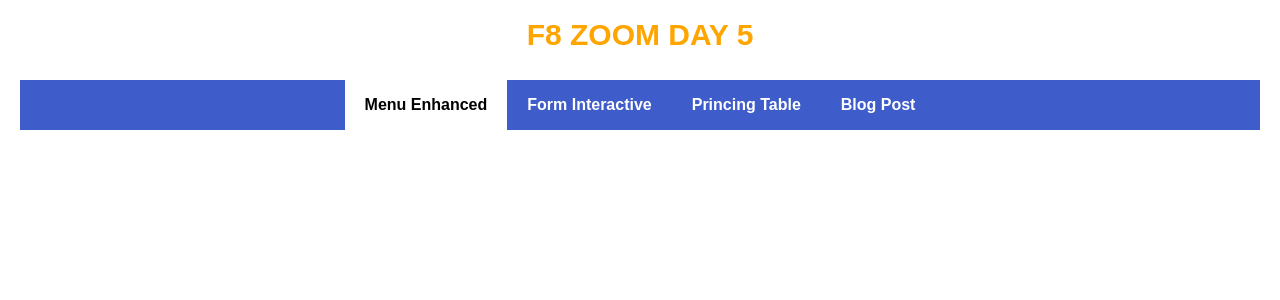
Repository: lannguyen1301/f8-zoom-day-5
Page: index.html
These files come from the project's save history. The page is drawn as it stood at one moment and after the next save; the edit follows.
The browser window is 1280 px wide. The pictures show the whole page.

Above is the page before, as saved 2025-04-21 19:15:32.

### index.html
<!DOCTYPE html>
<html lang="en">

<head>
    <meta charset="UTF-8">
    <meta name="viewport" content="width=device-width, initial-scale=1.0">
    <title>F8 ZOOM DAY 5</title>
    <link rel="stylesheet" href="./assets/css/reset.css">
    <link rel="stylesheet" href="./assets/css/style.css">
</head>

<body>
    <div class="inner">
        <h1 class="title-desc">F8 ZOOM DAY 5</h1>
        <nav class="navbar">
            <ul class="navbar__list">
                <li class="navbar__item active">
                    <a href="./menu-enhanced.html" class="navbar__link" target="_blank">Menu Enhanced</a>
                </li>
                <li class="navbar__item">
                    <a href="./form-interactive.html" class="navbar__link" target="_blank">Form Interactive</a>
                </li>
                <li class="navbar__item">
                    <a href="./pricing-table.html" class="navbar__link" target="_blank">Princing Table</a>
                </li>
                <li class="navbar__item">
                    <a href="./blog-post.html" class="navbar__link" target="_blank">Blog Post</a>
                </li>
            </ul>
        </nav>
    </div>
</body>

</html>

### assets/css/style.css
* {
    box-sizing: border-box;
}

html {
    font-size: 62.5%;
}

body {
    font-size: 1.6rem;
    font-family: "poppins", sans-serif;
}

/* common*/
a {
    text-decoration: none;
}

.inner {
    margin: 0 auto;
    padding: 20px;
}

.title-desc {
    font-size: 3rem;
    text-align: center;
    font-weight: 900;
    color: orange;
}

.navbar__list {
    display: flex;
    align-items: center;
    justify-content: center;
    margin-top: 30px;
    background-color: #3e5cca;
}

.navbar__item {
    height: 50px;
}

.navbar__link {
    display: inline-block;
    color: #fff;
    line-height: 50px;
    padding: 0 20px;
    font-weight: 700;
    font-size: 1.6rem;
}

.active,
.navbar__list .navbar__item:hover > .navbar__link {
    background-color: #fff;
    color: #000;
}

.active > a {
    color: #000;
}

.navbar__item .navbar__link:active {
    color: rgb(226, 19, 99) !important;
    background-color: orange !important;
}

.navbar__list:not(:last-child)::after {
    content: "";
    display: block;
    width: 1px;
    height: 40px;
    color: red;
}

Loaded but not shown: assets/css/reset.css (common file)

After the next save:
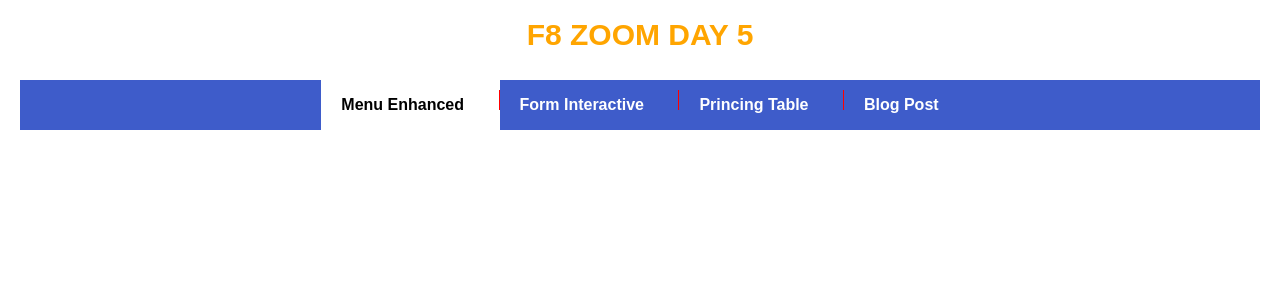
Saved 12 s later.
--- a/assets/css/style.css
+++ b/assets/css/style.css
@@ -71,3 +71,12 @@ a {
     height: 40px;
     color: red;
 }
+
+li:not(:last-child)::after {
+    content: "";
+    display: inline-block;
+    width: 1px;
+    height: 20px;
+    background-color: red;
+    margin-left: 10px;
+}

After the 4 saves that followed:
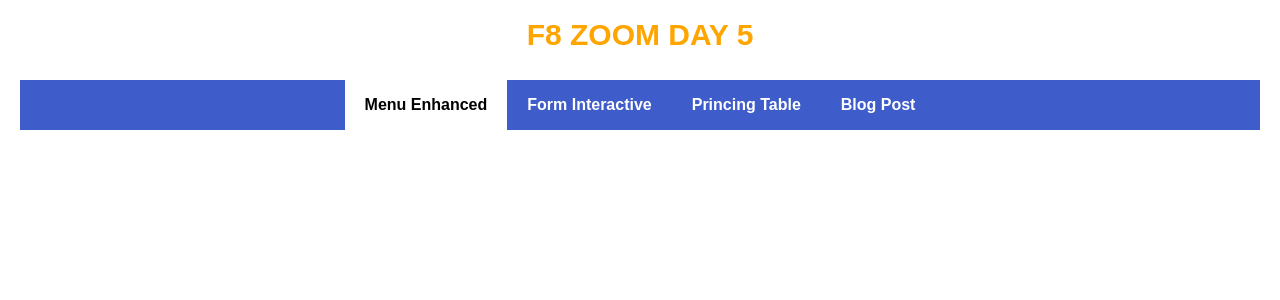
The 4 saves are shown as one change because 3 left the picture as it was.
The last was saved 24 s later.
--- a/assets/css/style.css
+++ b/assets/css/style.css
@@ -70,13 +70,14 @@ a {
     width: 1px;
     height: 40px;
     color: red;
+    background-color: red;
 }
 
-li:not(:last-child)::after {
+/* li:not(:last-child)::after {
     content: "";
     display: inline-block;
     width: 1px;
     height: 20px;
     background-color: red;
     margin-left: 10px;
-}
+} */
